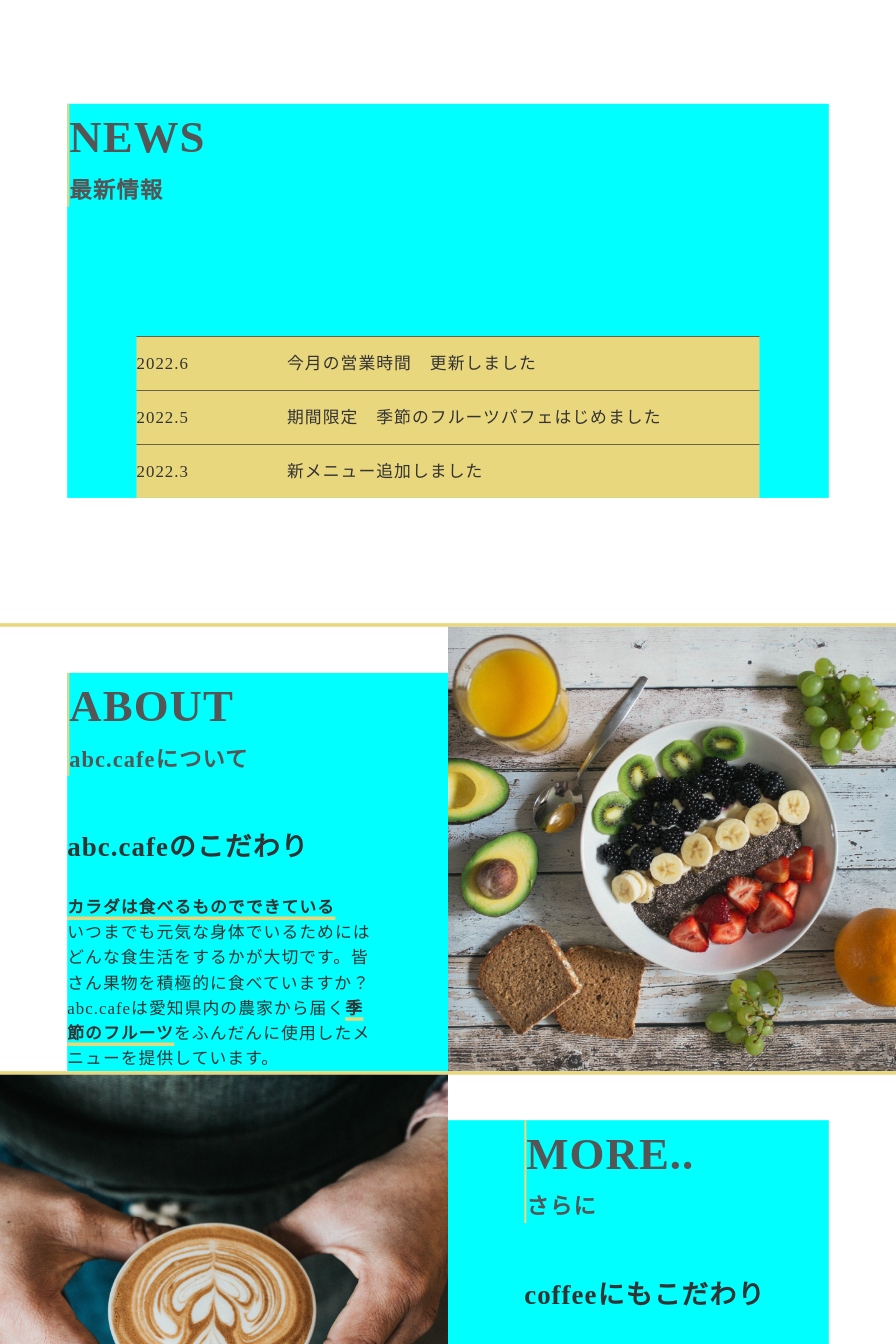
Repository: nozomi-23/lp1_test
Page: index.html
These files come from the project's save history. The page is drawn as it stood at one moment and after the next save; the edit follows.
The browser window is 1280 px wide. The pictures show the part of the page from y = 726 to 2646 px (the page is 3454 px tall before and 3441 px after), at 70% of full size.

Above is the page before, as saved 2022-06-08 14:11:14.

After the next save:
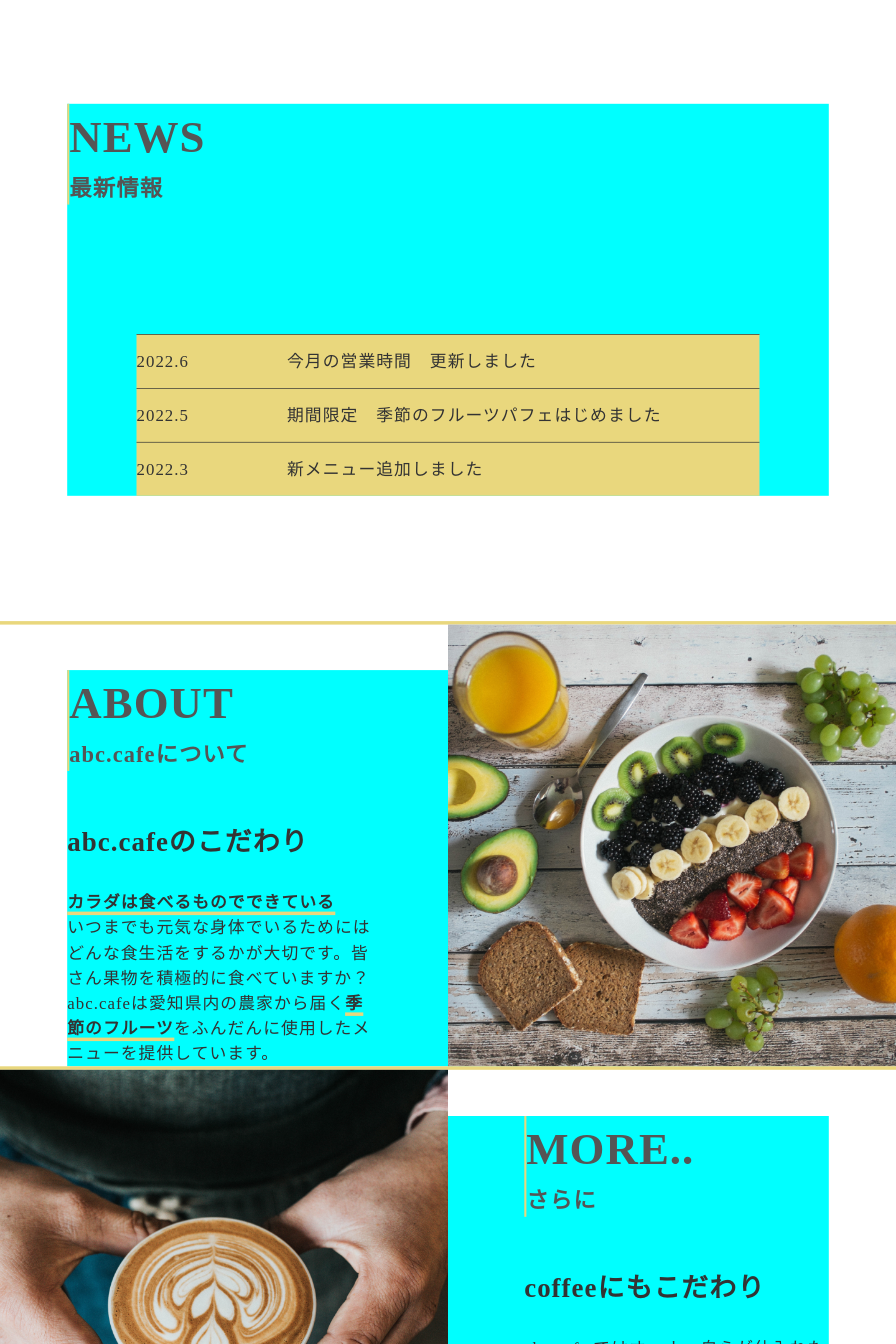
Saved 17 s later.
--- a/css/common.css
+++ b/css/common.css
@@ -34,7 +34,6 @@ li {
 .title span {
   display: block;
   font-size: 2rem;
-  margin-top: 0.2rem;
 }
 .section {
   border-top: solid 5px #E9D77D;
